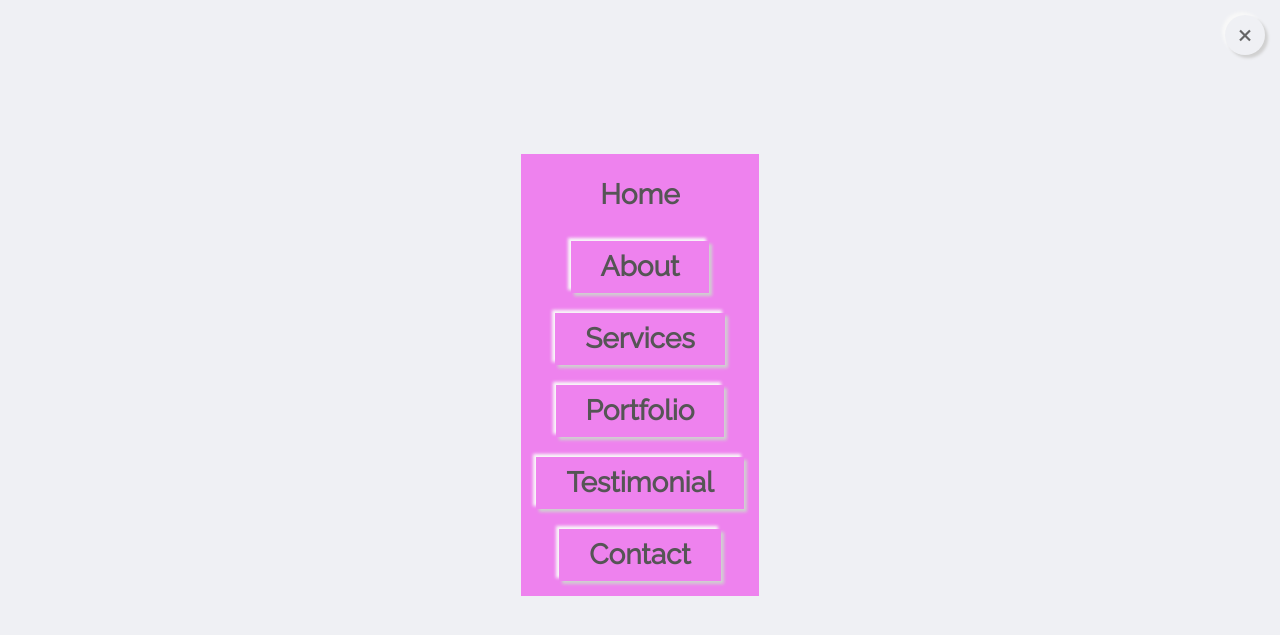
Repository: Mohamed-Hema/Personal-Portfolio---webshala
Page: index.html
An editor plug-in stored every save of this project. The page is shown before and after the next save, followed by the edit.
The browser window is 1280 px wide. The pictures show the whole page.

Above is the page before, as saved 2021-05-02 14:17:46.

### index.html
<!DOCTYPE html>
<html lang="zxx">
<head>
  <meta charset="utf-8">
  <title>Personal Portfolio Website</title>
  <meta name="viewport" content="width=device-width,initial-scale=1.0">
  <!-- font awesome -->
  <link rel="stylesheet" type="text/css" href="css/font-awesome.css">
  <!-- main css -->
  <link rel="stylesheet" type="text/css" href="css/style.css">
</head>
<body>
    <!-- Start Header -->
    <header class="header">
      <div class="container">
        <div class="row justify-content-between">
          <div class="logo">
            <a href="index.html">w</a>
          </div>
          <div class="hamburger-btn outer-shadow hover-in-shadow">
            <span></span>
          </div>
        </div>
      </div>
    </header>
    <!-- End Header -->
    <!-- Start NavBar -->
    <nav class="nav-menu">
      <div class="close-nav-menu outer-shadow hover-in-shadow">&times;</div>
      <div class="nav-menu-inner">
        <ul>
          <li><a href="#" class="inner-shadow active">Home</a></li>
          <li><a href="#" class="outer-shadow hover-in-shadow">About</a></li>
          <li><a href="#" class="outer-shadow hover-in-shadow">Services</a></li>
          <li><a href="#" class="outer-shadow hover-in-shadow">Portfolio</a></li>
          <li><a href="#" class="outer-shadow hover-in-shadow">Testimonial</a></li>
          <li><a href="#" class="outer-shadow hover-in-shadow">Contact</a></li>
        </ul>
      </div>
    </nav>

    <!-- End NavBar -->

<!-- main js -->
<script src="js/main.js"></script>
<!-- style switcher js -->
<script src="js/style-switcher.js"></script>
</body>
</html>

### css/style.css
/* Start Global Styles */
/* Fonts */
@import url('https://fonts.googleapis.com/css2?family=Raleway&display=swap');
@import url("skins/color-1.css");

/* Define Custom Css Variables */
:root{
    --bg-black-900: #000;
    --bg-black-100: #ddd;
    --bg-black-50:#eff0f4;
    --text-black-900:#000;
    --text-black-700: #555;
    --text-black-600: #666;
    --text-black-300: #bbb;
    --outer-shadow: 3px 3px 3px #d0d0d0, -3px -3px 3px #f8f8f8;
    --outer-shadow-0: 0 0 0 #d0d0d0, 0 0 0 #f8f8f8;
    --inner-shadow: inset 3px 3px 3px #d0d0d0, inset -3px -3px 3px #f8f8f8;
}

body{
    font-size: 16px;
    line-height: 1.5;
    overflow-x: hidden;
    background-color: var(--bg-black-50);
}
*:not(i){
    font-family: 'Raleway', sans-serif;
    font-weight: 400;
}
*,
*::before,
*::after{
    margin: 0;
    padding: 0;
    box-sizing: border-box;
    outline: none;
}
a{
    text-decoration: none;
}
ul{
    list-style: none;
    margin: 0;
    padding: 0;
}
img{
    vertical-align: middle;
    max-width: 100%;
}
.container{
    max-width: 1140px;
    margin: auto;
}
.row{
    display: flex;
    flex-wrap: wrap;
}

.justify-content-between{
    justify-content: space-between;
}
.outer-shadow{
    box-shadow: var(--outer-shadow);
}
.hover-in-shadow{
    position: relative;
    z-index: 1;
}
.hover-in-shadow:hover{
    box-shadow: var(--outer-shadow-0);
}
.hover-in-shadow::after{
    content: '';
    position: absolute;
    left: 0;
    top: 0;
    width: 100%;
    height: 100%;
    transition: all .3s ease;
}
.hover-in-shadow:hover::after{
    box-shadow: var(--inner-shadow);

}
/* End Global Styles */
/* Start Header */
.header{
    padding: 20px 15px;
    position: absolute;
    width: 100%;
    top: 0;
    left: 0;
    z-index: 99;
}
.header .logo a{
    display: inline-block;
    text-align: center;
    line-height: 36px;
    height: 40px;
    width: 40px;
    font-size: 24px;
    color: var(--skin-color);
    border-radius: 50%;
    border: 2px solid var(--skin-color);
    font-weight: 600;
    text-transform: uppercase;
}
.header .hamburger-btn{
    height: 40px;
    width: 40px;
    display: flex;
    align-items: center;
    cursor: pointer;
    border-radius: 50%;
    justify-content: center;
    transition: all .3s ease;
}
.header .hamburger-btn::after{
    border-radius: 50%;

}
.header .hamburger-btn span{
    display: block;
    height: 2px;
    width: 16px;
    background-color: var(--bg-black-900);
    position: relative;
}
.header .hamburger-btn span::before,
.header .hamburger-btn span::after{
    content: '';
    position: absolute;
    left: 0;
    width: 100%;
    height: 100%;
    background-color: var(--bg-black-900);
}
.header .hamburger-btn span::before{
    top: -6px;
}
.header .hamburger-btn span::after{
    top: 6px;
}


/* End Header */
/* Start NavBar */
.nav-menu{
    position: fixed;
    padding: 15px;
    left: 0;
    top: 0;
    width: 100%;
    height: 100%;
    z-index: 999;
    background-color: var(--bg-black-50);
    overflow-y: auto;
}
.nav-menu .close-nav-menu{
    height: 40px;
    width: 40px;
    display: block;
    font-size: 35px;
    line-height: 35px;
    border-radius: 50%;
    position: absolute;
    right: 15px;
    top: 15px;
    cursor: pointer;
    text-align: center;
    color: var(--text-black-600);

}
.nav-menu .close-nav-menu::after{
    border-radius: 50%;
}
.nav-menu-inner{
    min-height: 100vh;
    display: flex;
    align-items: center;
    justify-content: center;
}
.nav-menu ul {
    background-color: violet;
    padding: 15px;
}
.nav-menu ul li{
    display: block;
    margin-bottom: 20px;
    text-align: center;
}
.nav-menu ul li:last-child{
    margin-bottom: 0;
}
.nav-menu ul li a{
    display: inline-block;
    font-size: 28px;
    font-weight: 600;
    color: var(--text-black-700);
    padding: 5px 30px;
}



/* End NavBar */

Loaded but not shown: css/font-awesome.css (library); css/skins/color-1.css (common file); js/main.js (no stored copy; drawn as an empty file); js/style-switcher.js (no stored copy; drawn as an empty file)

After the next save:
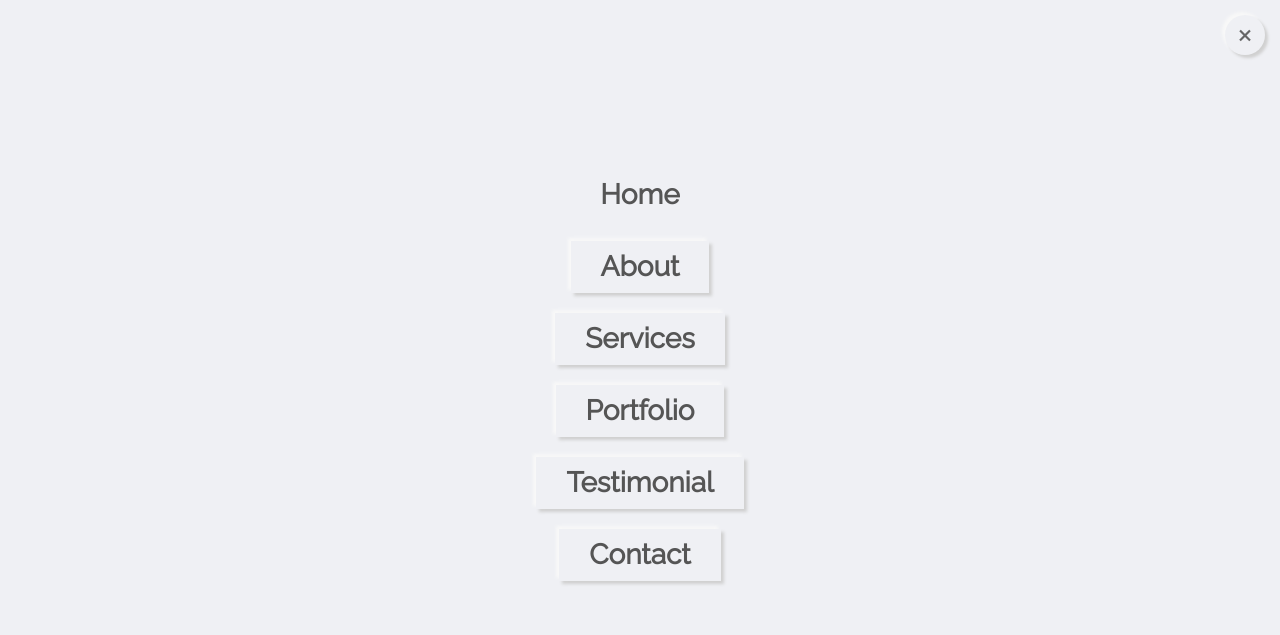
Saved 52 s later.
--- a/css/style.css
+++ b/css/style.css
@@ -181,7 +181,6 @@ img{
     justify-content: center;
 }
 .nav-menu ul {
-    background-color: violet;
     padding: 15px;
 }
 .nav-menu ul li{
